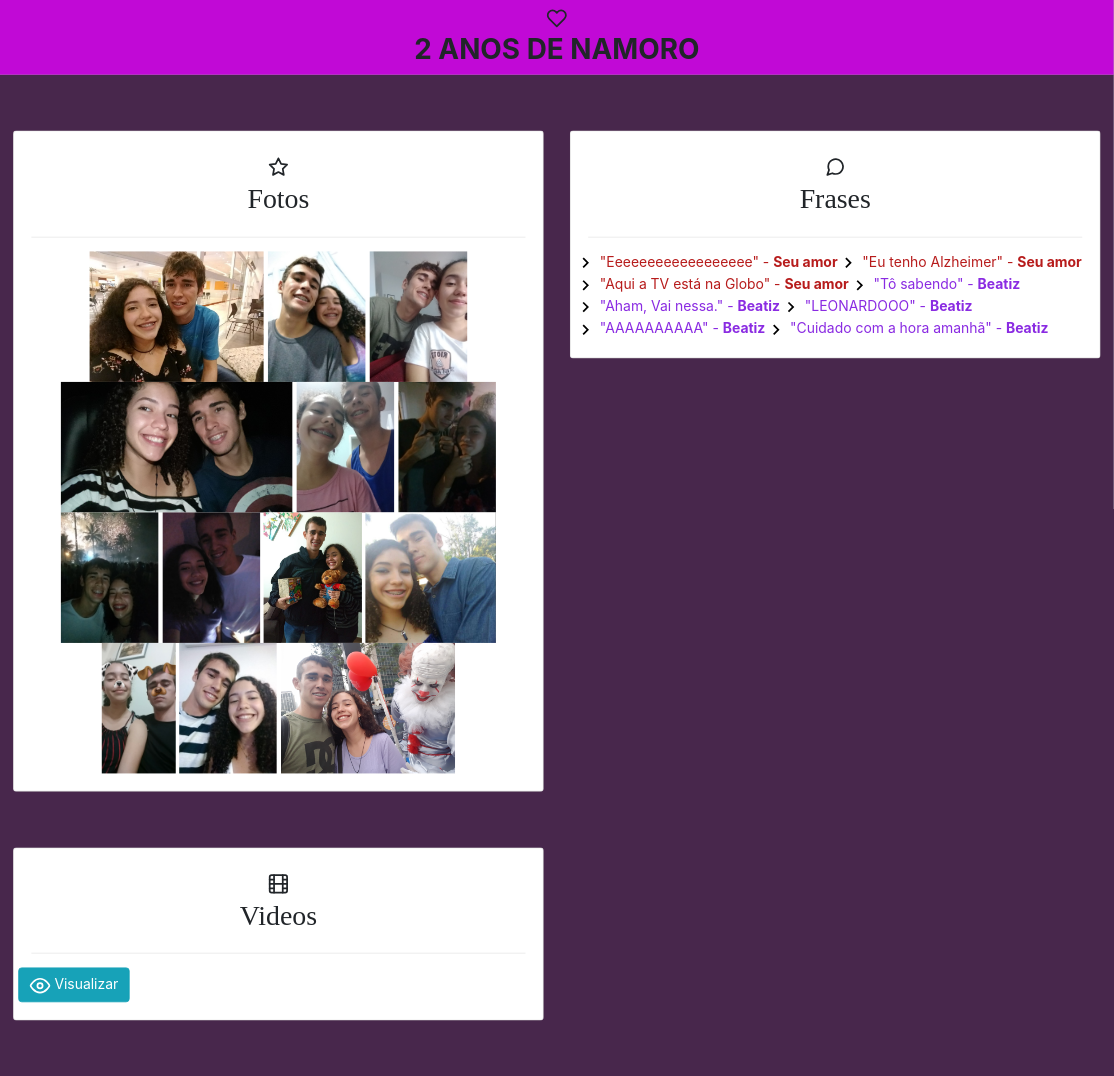
Repository: MeuAmor/meuamor.github.io
Page: index.html
An editor plug-in stored every save of this project. The page is shown before and after the next save, followed by the edit.
The browser window is 1280 px wide. The pictures show the whole page, at 87% of full size.

Above is the page before, as saved 2019-08-21 23:15:16.

After the next save:
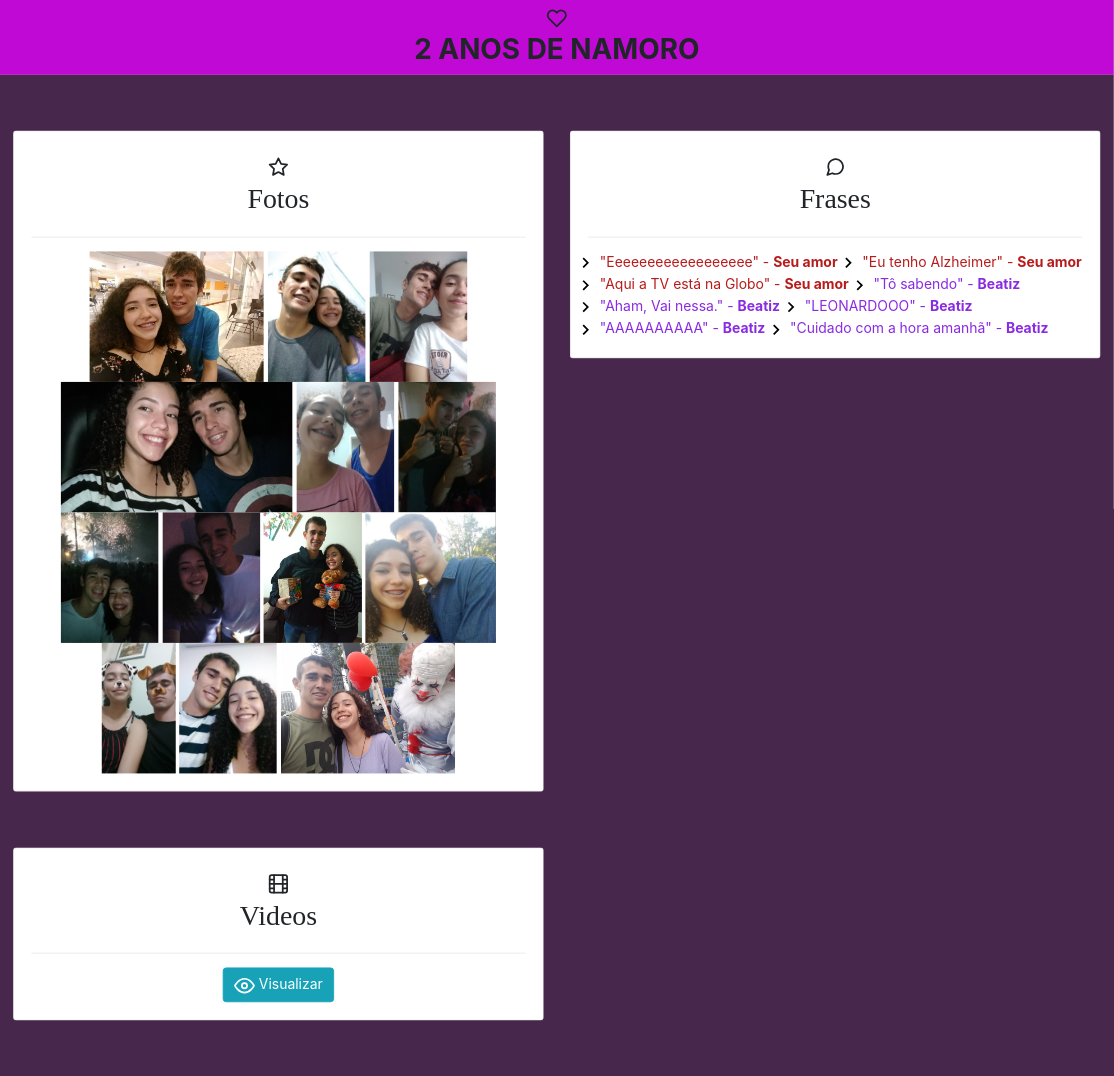
Saved 2 min 1 s later.
--- a/index.html
+++ b/index.html
@@ -205,8 +205,8 @@
                 </div>
             </h2>
             <hr>
-            <div class="row" class="text-center">
-                <div  style="color: blueviolet;">
+            <div class="row">
+                <div class="col-md-12 text-center" style="color: blueviolet;">
                     <a href="https://drive.google.com/drive/folders/1cs1njrZBseK-pT5WebYxWXJ5JDjdfowP?usp=sharing" class="btn btn-info ">
                         <svg xmlns="http://www.w3.org/2000/svg" width="24" height="24" viewBox="0 0 24 24" fill="none" stroke="currentColor"
                             stroke-width="2" stroke-linecap="round" stroke-linejoin="round" class="feather feather-eye">
